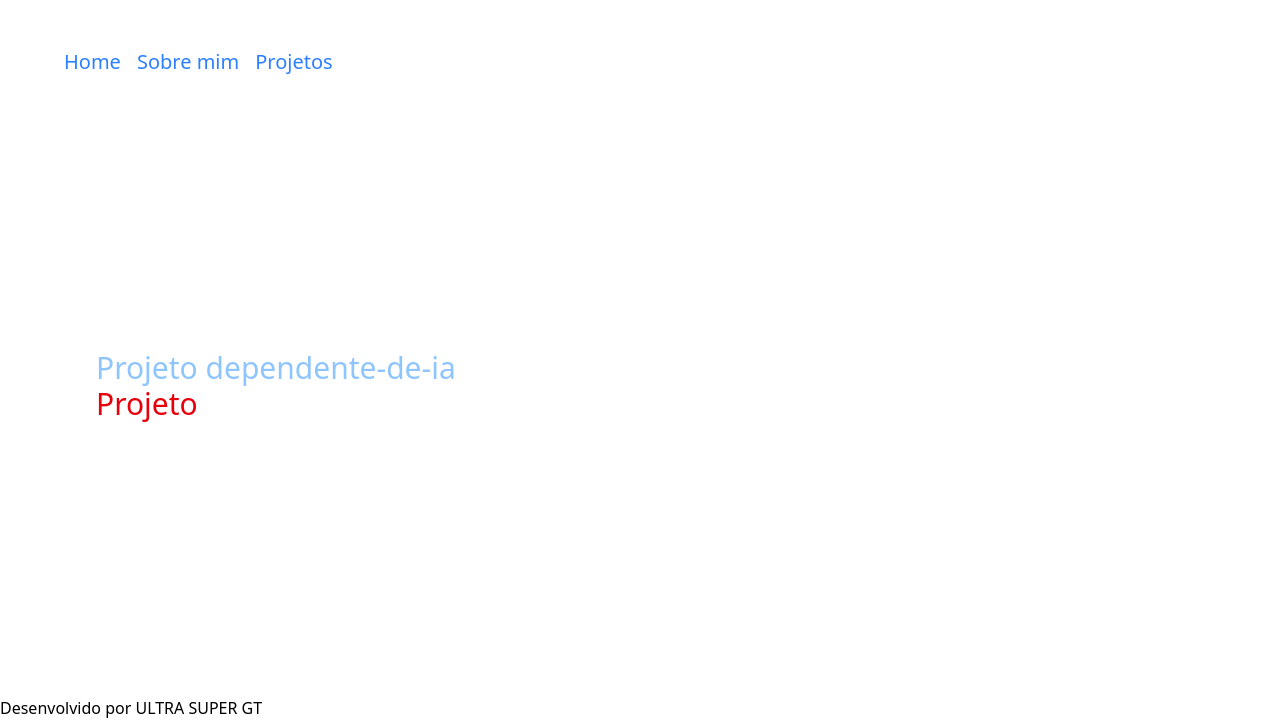
Repository: SUPER-ULTRA-GT/arquitetura
Page: /projects/1/dependente-de-ia
The author's editor kept a copy of each file at every save. The page is drawn from the files as they stood at one save, then again after the next save.
The browser window is 1280 px wide. The pictures show the whole page.
The project was rebuilt for these pictures with package versions that can differ from the ones it lists, and the page was loaded fresh each time. Also part of the build but not shown: vite.config.js, src/pages/Home/index.jsx, src/pages/NotFound/index.jsx, src/pages/AboutMe/index.jsx, src/pages/Projects/index.jsx.

Above is the page before, as saved 2025-05-22 11:22:16.

### src/App.jsx
import Paths from "./routes/Paths";

const App = () => {
  return (
    <Paths />
    );
}

export default App;

### src/routes/Paths/index.jsx
import { BrowserRouter, Route, Routes } from "react-router-dom";
import Home from "../../pages/Home";
import NotFound from "../../pages/NotFound";
import AboutMe from "../../pages/AboutMe";
import Projects from "../../pages/Projects";
import SiteLayout from "../../SiteLayout";
import Project from "../../pages/Projects/Project";

const Paths = () => {
    return (
        <BrowserRouter>
            <Routes>
                <Route path="/" element={<SiteLayout />}>
                    <Route index element={<Home />} />
                    <Route path="/aboutme" element={<AboutMe />} />
                    <Route path="/projects" element={<Projects />} />
                    <Route path="projects/:id/:name" element={<Project />} />
                </Route>
                <Route path="*" element={<NotFound />} />
            </Routes>
        </BrowserRouter>
    );
}

export default Paths;

### src/SiteLayout/index.jsx
import { Outlet } from "react-router-dom";
import Header from "../components/Header";
import Footer from "../components/Footer";

const SiteLayout = () => {
    return (
        <div className="flex flex-col justify-between h-screen">
        <Header />
        <Outlet />
        <Footer />
        </div>
     );
}

export default SiteLayout;

### src/pages/Projects/Project/index.jsx
import { useParams } from "react-router-dom";
import LayoutProject from "../../../components/LayoutProject";
import Description from "../../../components/Description";

const Project = () => {
    const { name } = useParams()

    return (
        <>
        <LayoutProject>
        <h1>Projeto {name}</h1>
        <Description texto="Projeto "/>
        </LayoutProject>
        </>
     );
}

export default Project;

### src/components/Header/index.jsx
import { Link, NavLink } from "react-router-dom";

const Header = () => {
    return (
        <div className="flex gap-4 mt-12 ml-16 text-xl">
            <NavLink to="/" className="text-blue-500 hover:underline">Home</NavLink>
            <NavLink to="/aboutme" className="text-blue-500 hover:underline">Sobre mim</NavLink>
            <NavLink to="/projects" className="text-blue-500 hover:underline">Projetos</NavLink>
        </div>
     );
}

export default Header;

### src/components/Footer/index.jsx
const Footer = () => {
    return (
        <footer>
            Desenvolvido por ULTRA SUPER GT
        </footer>
     );
}

export default Footer;

### src/components/LayoutProject/index.jsx
const LayoutProject = ({ children }) => {
    return (
        <section className="py-12 px-24 text-3xl text-blue-300">
            {children}
        </section>
     );
}

export default LayoutProject;

### src/components/Description/index.jsx
const Description = ({ texto }) => {
    return (
        <p className="text-red-600">
            {texto}
        </p>
     );
}

export default Description;

Loaded but not shown: index.html (common file); src/main.jsx (common file); src/global.css (common file)

After the next save:
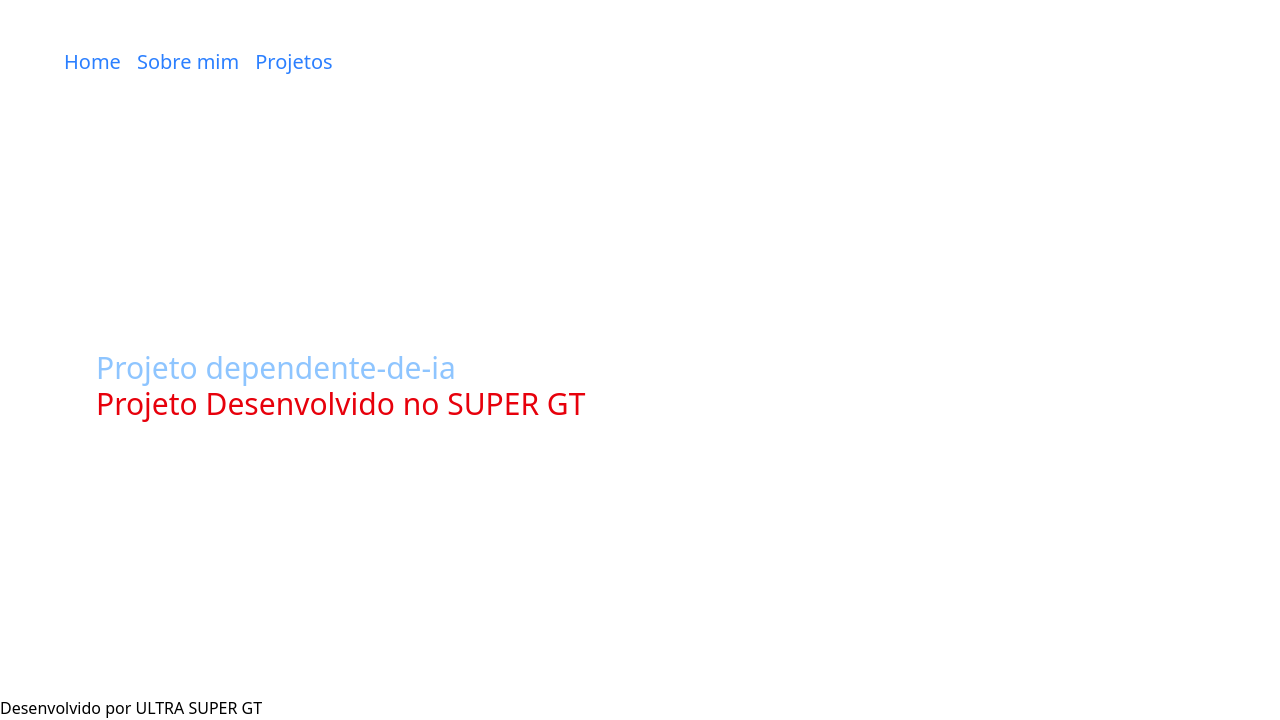
Saved 12 s later.
--- a/src/pages/Projects/Project/index.jsx
+++ b/src/pages/Projects/Project/index.jsx
@@ -9,7 +9,7 @@ const Project = () => {
         <>
         <LayoutProject>
         <h1>Projeto {name}</h1>
-        <Description texto="Projeto "/>
+        <Description texto="Projeto Desenvolvido no SUPER GT"/>
         </LayoutProject>
         </>
      );
